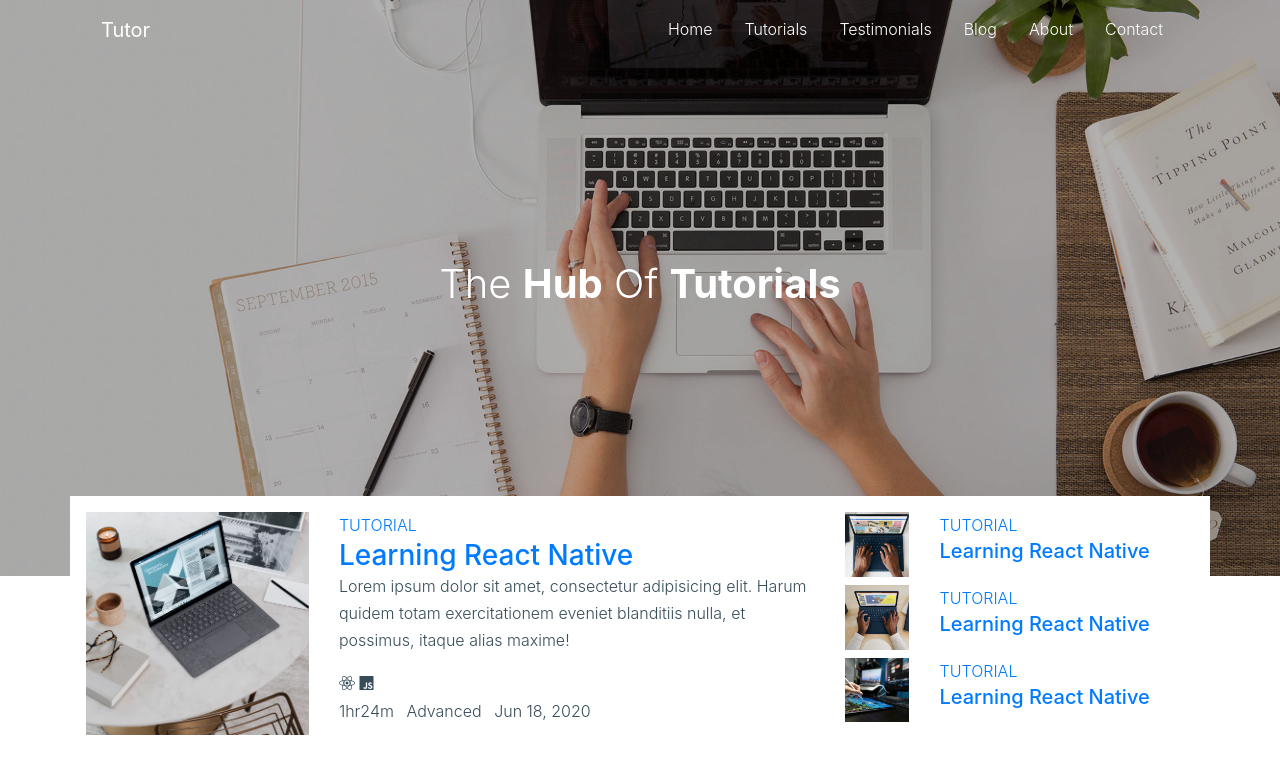
Repository: longvh2003/Tutor
Page: Views/home.html
The author's editor kept a copy of each file at every save. The page is drawn from the files as they stood at one save, then again after the next save.
The browser window is 1280 px wide. The pictures show the whole page.
Some web libraries are served in a nearby version.

Above is the page before, as saved 2020-08-12 16:53:24.

### Views/home.html
<html lang="en">

<head>
    <meta charset="UTF-8">
    <meta name="viewport" content="width=device-width, initial-scale=1.0">
    <title>Home</title>
    <link rel="stylesheet" href="https://stackpath.bootstrapcdn.com/bootstrap/4.5.2/css/bootstrap.min.css"
        integrity="sha384-JcKb8q3iqJ61gNV9KGb8thSsNjpSL0n8PARn9HuZOnIxN0hoP+VmmDGMN5t9UJ0Z" crossorigin="anonymous">
    <link rel="stylesheet" href="https://use.fontawesome.com/releases/v5.12.0/css/all.css"
        integrity="sha384-REHJTs1r2ErKBuJB0fCK99gCYsVjwxHrSU0N7I1zl9vZbggVJXRMsv/sLlOAGb4M" crossorigin="anonymous" />
        <link rel="stylesheet" href="../Css/header.css">
        <link rel="stylesheet" href="../Css/home.css">
</head>

<body>
    <section class="header">
        <div class="opacity"></div>
        <div class="container">
            <nav class="navbar navbar-light">
                <a class="navbar-brand text-white" href="#"><strong>Tutor</strong></a>
                <ul class="nav justify-content-center">
                    <li class="nav-item">
                        <a class="nav-link text-white" href="#">Home</a>
                    </li>
                    <li class="nav-item">
                        <a class="nav-link text-white" href="#">Tutorials</a>
                    </li>
                    <li class="nav-item">
                        <a class="nav-link text-white" href="#">Testimonials</a>
                    </li>
                    <li class="nav-item">
                        <a class="nav-link text-white" href="#">Blog</a>
                    </li>
                    <li class="nav-item">
                        <a class="nav-link text-white" href="#">About</a>
                    </li>
                    <li class="nav-item">
                        <a class="nav-link text-white" href="#">Contact</a>
                    </li>
                </ul>
            </nav>
            <div class="title-header">
                <h1 class="text-white">The <strong>Hub</strong> Of <strong>Tutorials</strong></h1>
            </div>
        </div>
    </section>
    <div class="container latest-content">
        <div class="row">
            <div class="col-lg-8">
                <div class="row">
                    <div class="col-md-4">
                        <img class="img-latest-content" src="../Image/img_1.jpg" alt="...">
                    </div>
                    <div class="col-md-8">
                        <div><a href="#">TUTORIAL</a></div>
                        <div><a href="#" class="h3">Learning React Native</a></div>
                        <p>Lorem ipsum dolor sit amet, consectetur adipisicing elit. Harum quidem totam exercitationem
                            eveniet blanditiis nulla, et possimus, itaque alias maxime!</p>
                        <div>
                            <span><i class="fab fa-react"></i></span>
                            <span><i class="fab fa-js"></i></span>
                        </div>
                        <p>
                            <span class="mr-2">1hr24m</span>
                            <span class="mr-2">Advanced</span>
                            <span class="mr-2">Jun 18, 2020</span>
                        </p>
                    </div>
                </div>
            </div>
            <div class="col-lg-4">
                <div class="row pb-2">
                    <div class="col-3"><img class="img-latest-content" src="../Image/img_2.jpg" alt="..."></div>
                    <div class="col-9">
                        <div><a href="#">TUTORIAL</a></div>
                        <div><a href="#" class="h5">Learning React Native</a></div>
                    </div>
                </div>
                <div class="row pb-2">
                    <div class="col-3"><img class="img-latest-content" src="../Image/img_3.jpg" alt="..."></div>
                    <div class="col-9">
                        <div><a href="#">TUTORIAL</a></div>
                        <div><a href="#" class="h5">Learning React Native</a></div>
                    </div>
                </div>
                <div class="row pb-2">
                    <div class="col-3"><img class="img-latest-content" src="../Image/img_4.jpg" alt="..."></div>
                    <div class="col-9">
                        <div><a href="#">TUTORIAL</a></div>
                        <div><a href="#" class="h5">Learning React Native</a></div>
                    </div>
                </div>
            </div>
        </div>
    </div>
</body>

</html>

### Css/header.css
body {
  font-family: "Raleway", -apple-system, BlinkMacSystemFont, "Segoe UI", Roboto,
    "Helvetica Neue", Arial, "Noto Sans", sans-serif, "Apple Color Emoji",
    "Segoe UI Emoji", "Segoe UI Symbol", "Noto Color Emoji";
  line-height: 1.7;
  color: #364d59 !important;
  font-weight: 300;
  font-size: 1rem;
  background: #fff;
}
.header {
  background: url(../Image/hero_bg.jpg) no-repeat center center;
  height: 36rem;
  background-size: cover;
}
.opacity {
  position: absolute;
  width: 100%;
  height: 36rem;
  background: rgba(0, 0, 0, 0.3);
}
.title-header {
  position: absolute;
  z-index: 1;
  top: 40%;
  left: 50%;
  transform: translate(-50%, -50%);
}
.title-header h1 {
  font-weight: 300;
}
.title-header strong {
  font-weight: bold;
}

### Css/home.css
.latest-content{
    padding: 1rem;
    position: relative;
    z-index: 9999;
    margin-top: -5rem;
    background-color: white;
}
.img-latest-content{
    width: 100%;
    height: auto;
}

After the next save:
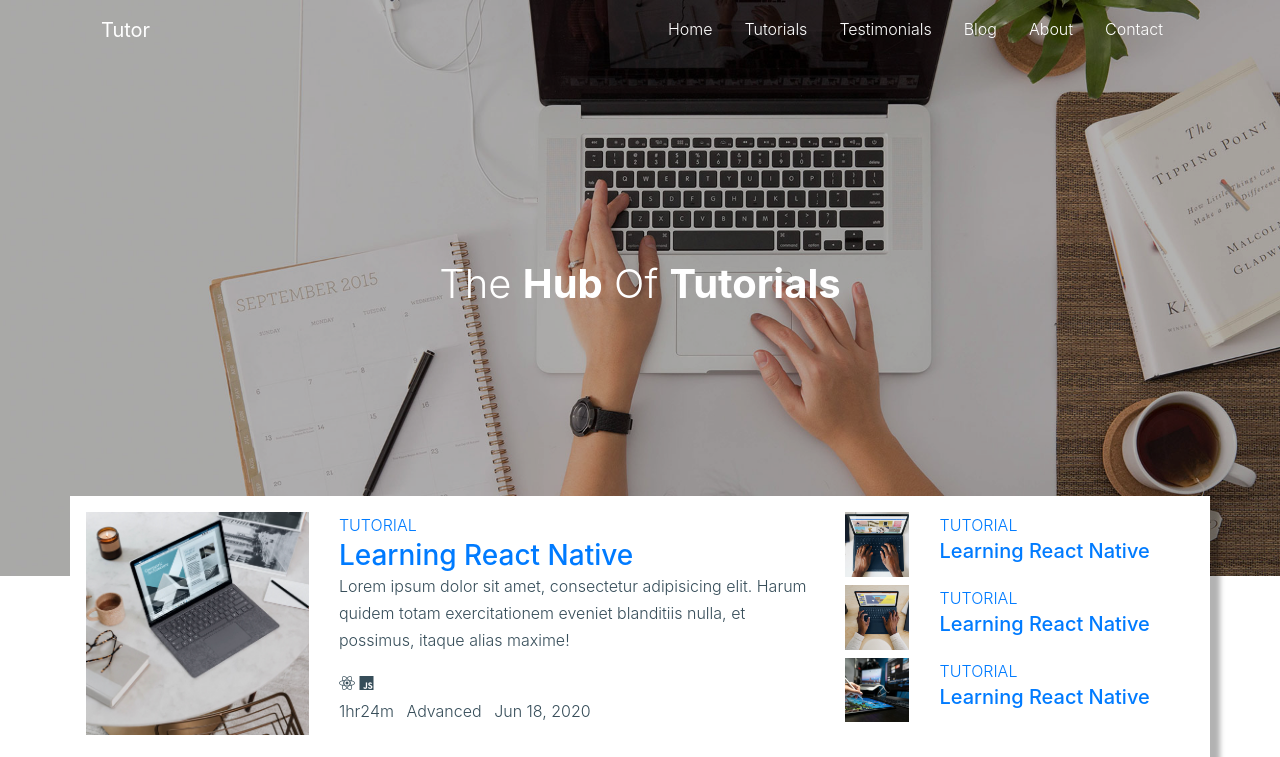
Saved 2 min 20 s later.
--- a/Css/home.css
+++ b/Css/home.css
@@ -4,6 +4,7 @@
     z-index: 9999;
     margin-top: -5rem;
     background-color: white;
+    box-shadow: 10px 10px 5px rgba(0, 0, 0, 0.3);
 }
 .img-latest-content{
     width: 100%;
